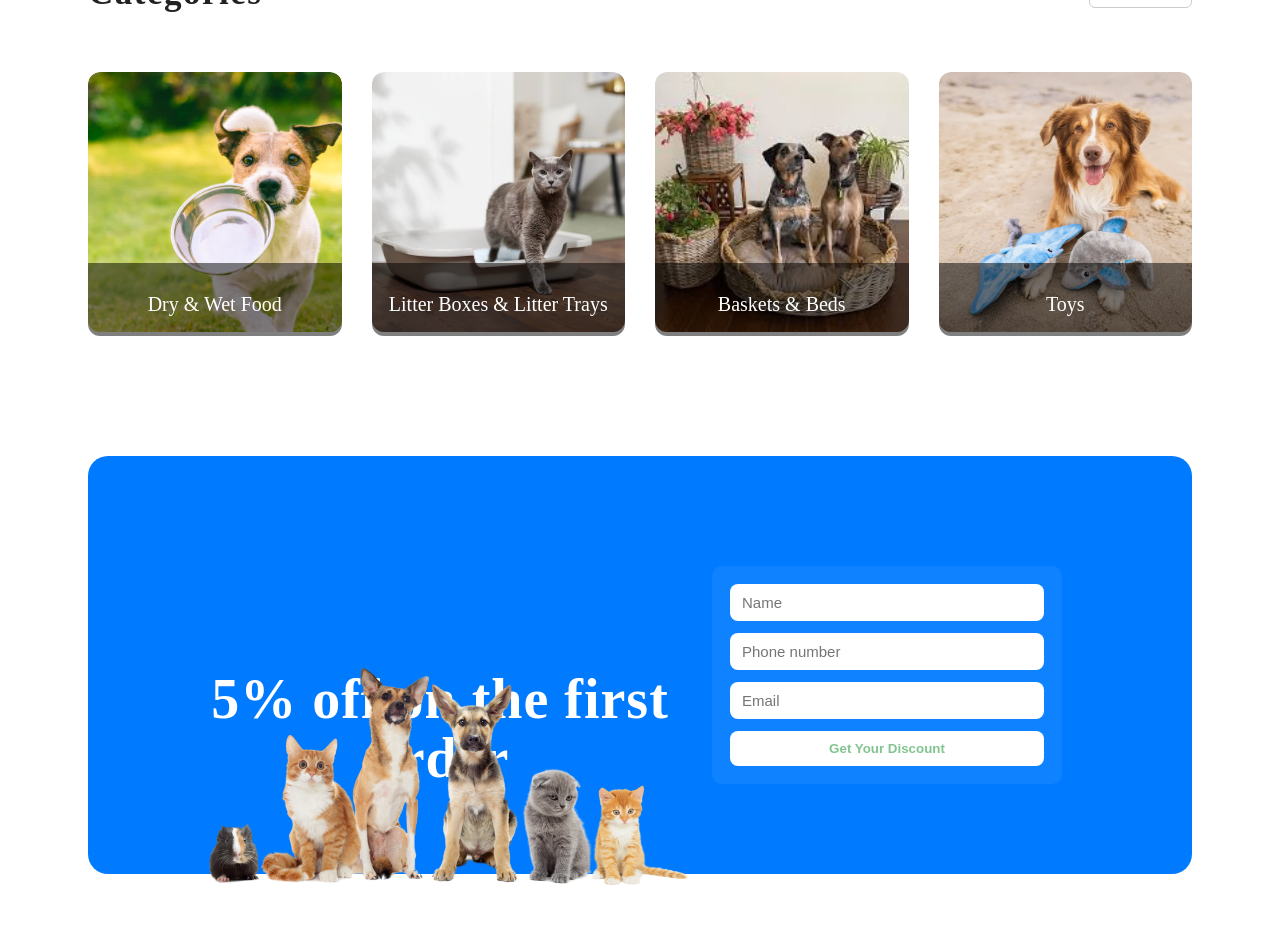
Repository: JuliiaJuliia/pet-shop-frontend
Page: / (app in pet-shop-frontend/)
An editor plug-in stored every save of this project. The page is shown before and after the next save, followed by the edit.
The browser window is 1280 px wide. The pictures show the part of the page from y = 711 to 1663 px (the page is 1645 px tall before and 1663 px after).
The project was rebuilt for these pictures with package versions that can differ from the ones it lists, and the page was loaded fresh each time. Also part of the build but not shown: pet-shop-frontend/vite.config.js, pet-shop-frontend/src/pages/CheckoutPage.jsx, pet-shop-frontend/src/api/axios.js, pet-shop-frontend/src/components/ProductList.jsx.

Above is the page before, as saved 2025-11-06 15:01:47.

After the next save:
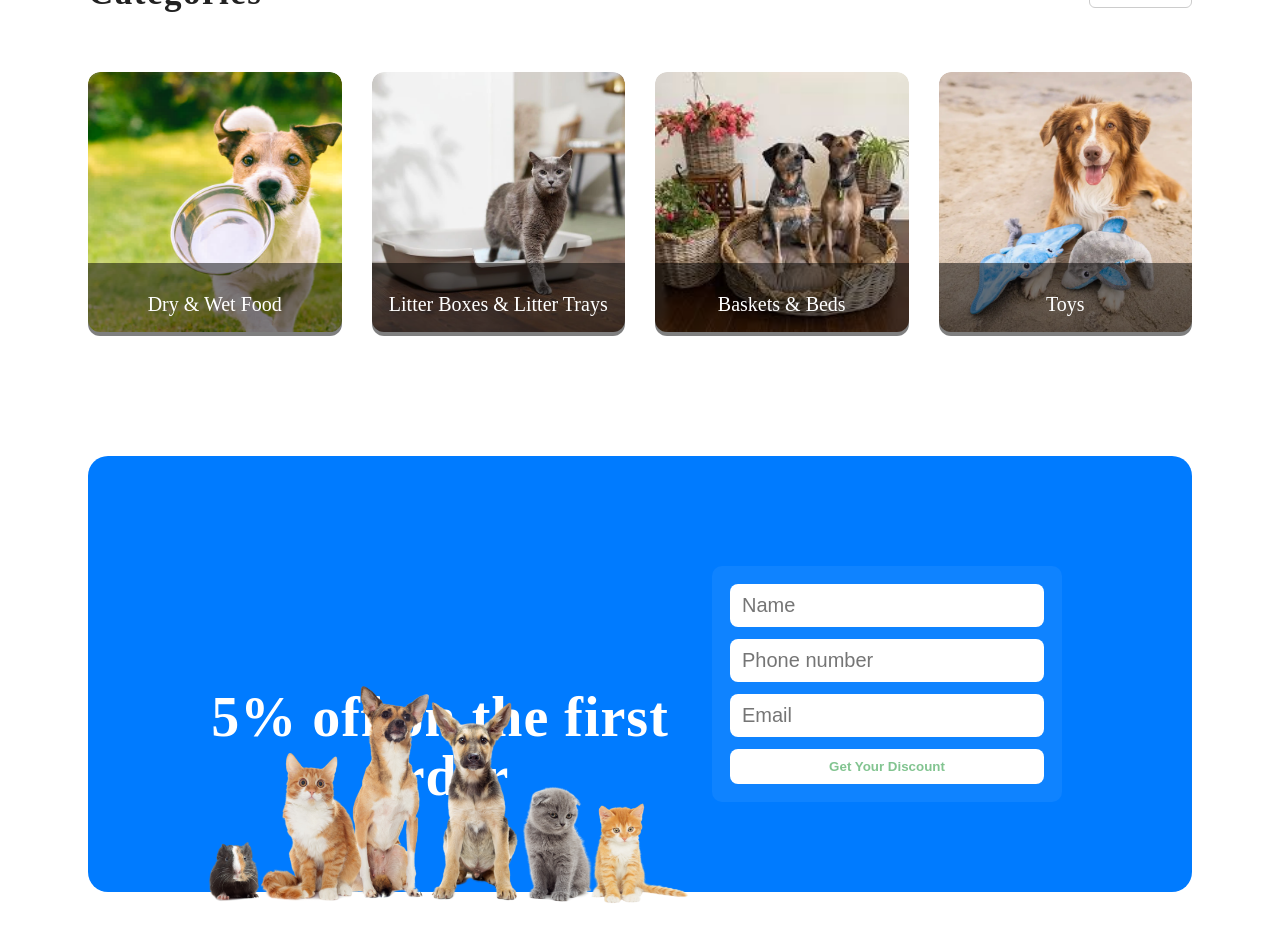
Saved 13 s later.
--- a/pet-shop-frontend/src/components/DiscountBanner.css
+++ b/pet-shop-frontend/src/components/DiscountBanner.css
@@ -84,7 +84,7 @@
     padding: 10px 12px;
     border-radius: 8px;
     border: none;
-    font-size: 15px;
+    font-size: 20px;
     outline: none;
   }
 

After the save that followed:
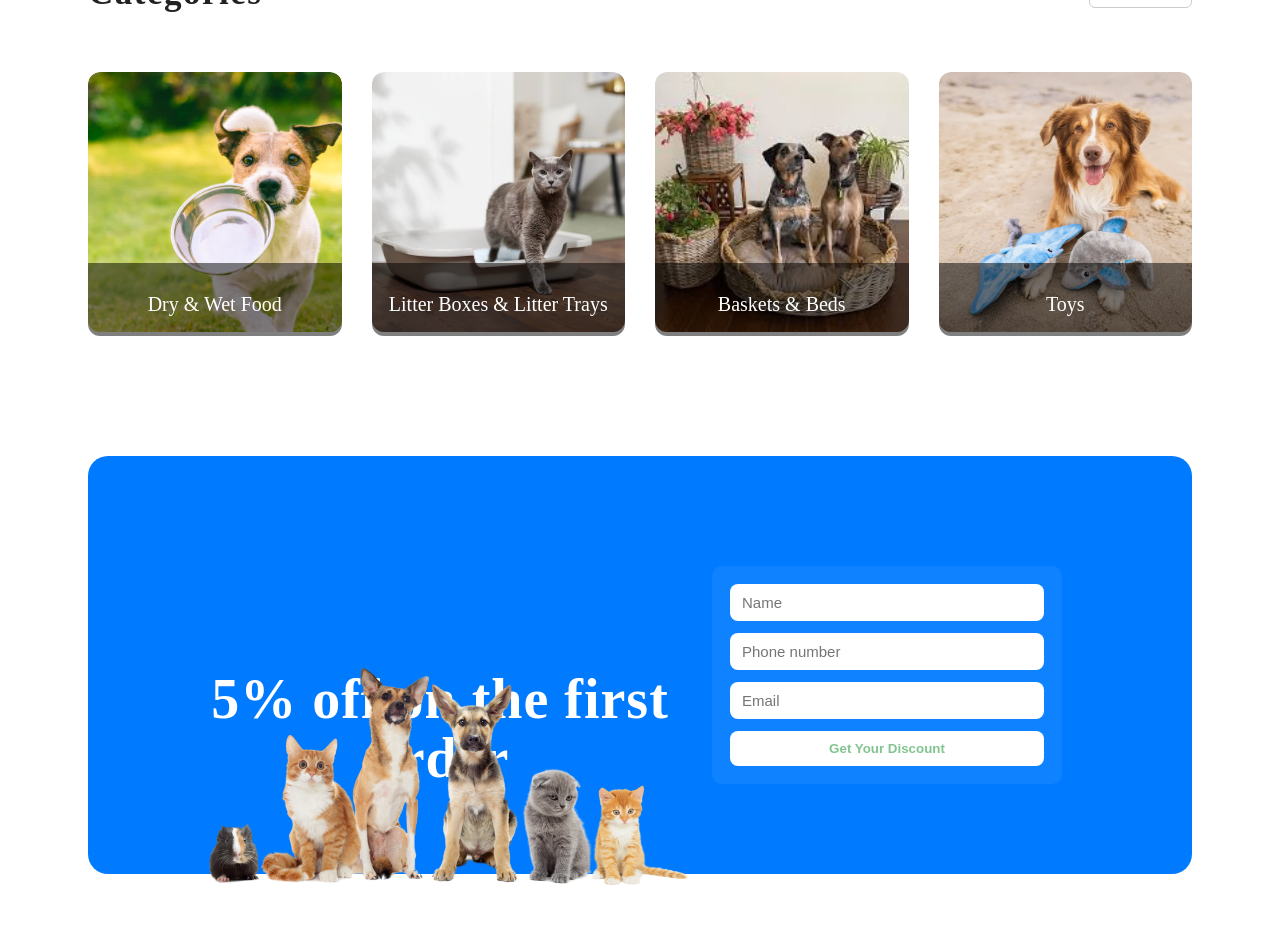
Saved 4 s later.
--- a/pet-shop-frontend/src/components/DiscountBanner.css
+++ b/pet-shop-frontend/src/components/DiscountBanner.css
@@ -84,7 +84,7 @@
     padding: 10px 12px;
     border-radius: 8px;
     border: none;
-    font-size: 20px;
+    font-size:15px;
     outline: none;
   }
 
